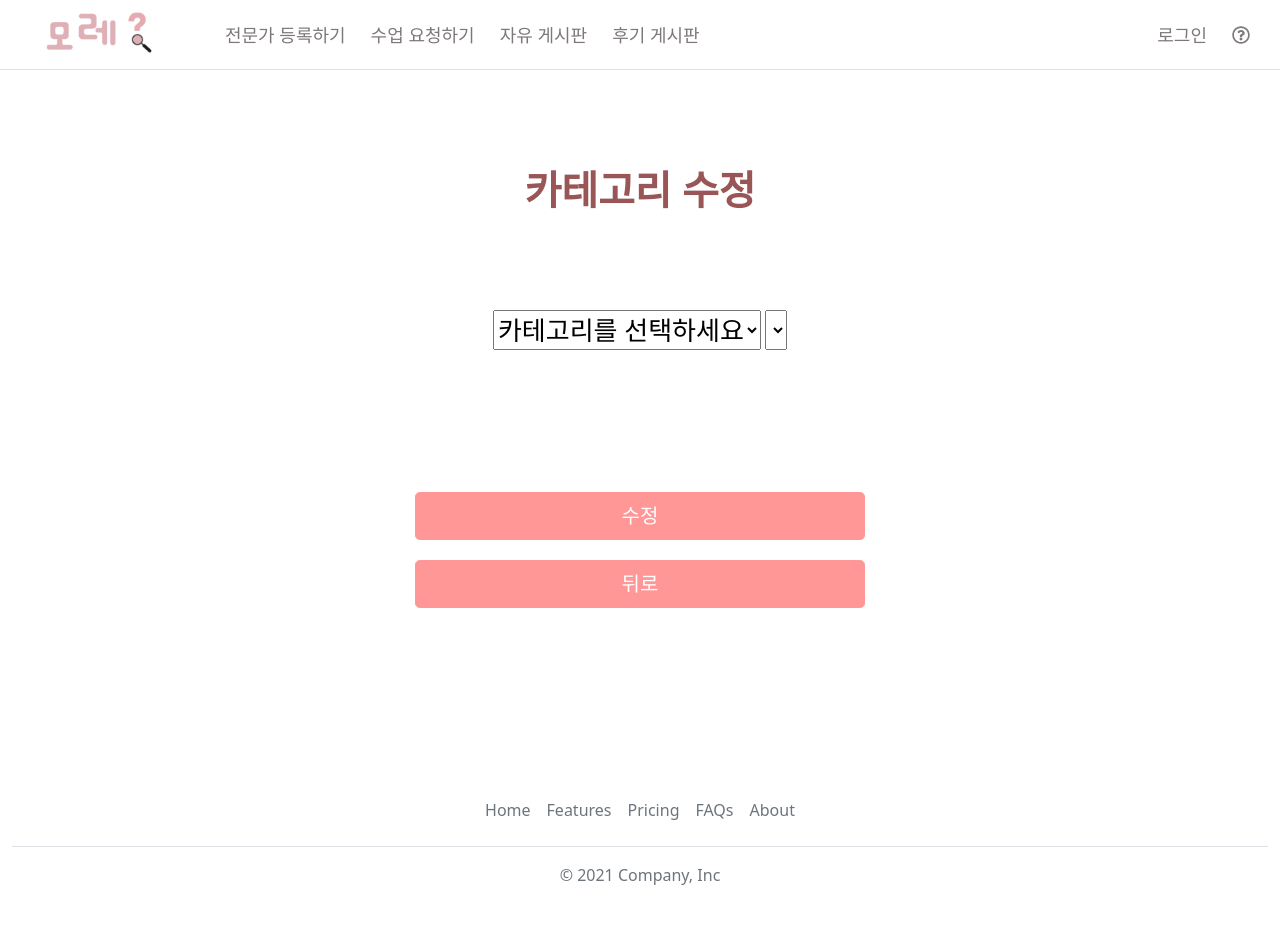
Repository: isssson/MVC2_more
Page: http://localhost/more/WEB-INF/views/expert/expertCateForm.jsp
These files come from the project's save history. The page is drawn as it stood at one moment and after the next save; the edit follows.
The browser window is 1280 px wide. The pictures show the whole page.
Some web libraries are served in a nearby version. The page is served by Tomcat 9. Nobody is signed in. The template is opened directly, without the code that normally fills it, so the values that code supplies are empty.

Above is the page before, as saved 2021-12-08 02:49:08.

After the next save:
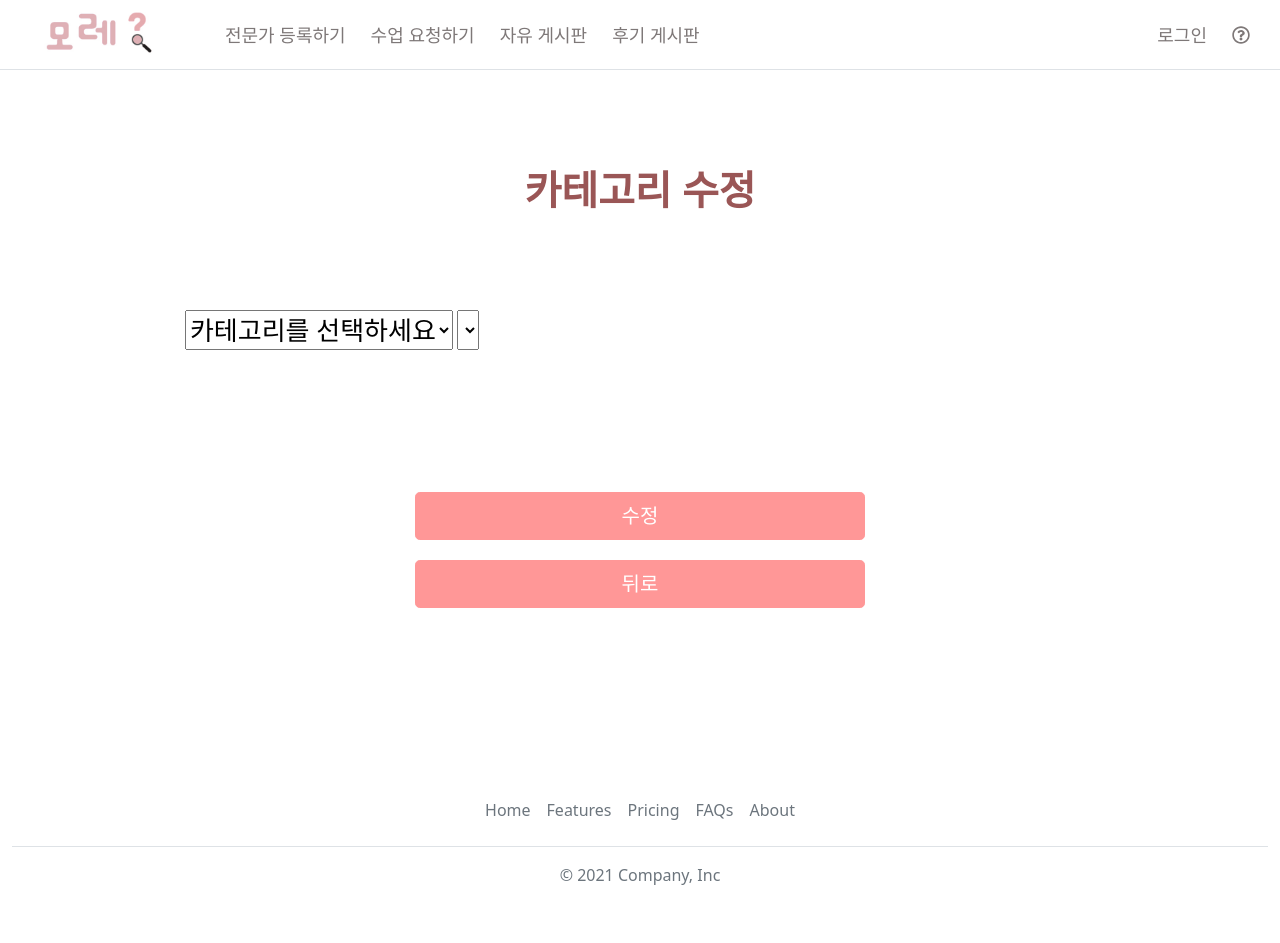
Saved 75 s later.
--- a/more/src/main/webapp/resources/css/expert/expertUpdate.css
+++ b/more/src/main/webapp/resources/css/expert/expertUpdate.css
@@ -30,7 +30,18 @@
 
 .content{
 	text-align:center;
+	     width: 500px;
+     margin-top: 50px;
 }
 select{
 	font-size:26px;
 }
+
+   .mb-2 input {
+     width: 450px;
+   }
+   .mb-2 textarea {
+     width: 450px;
+     height: 150px;
+     padding: 10px;
+   }

After the 3 saves that followed:
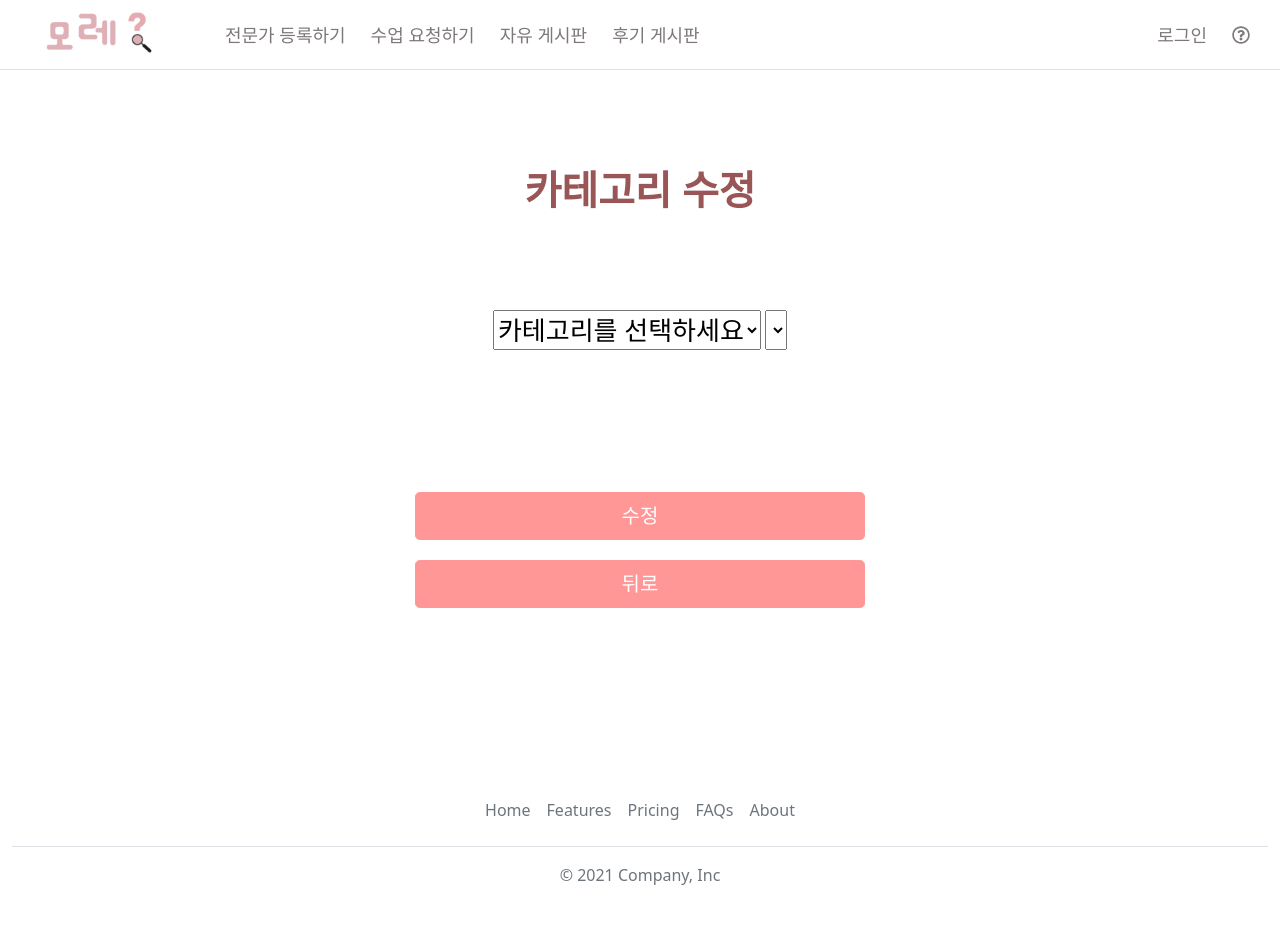
The 3 saves are shown as one change because 2 left the picture as it was.
The last was saved 8 min 21 s later.
--- a/more/src/main/webapp/resources/css/expert/expertUpdate.css
+++ b/more/src/main/webapp/resources/css/expert/expertUpdate.css
@@ -1,7 +1,6 @@
 @charset "UTF-8";
 
 h3 {
-    width: 500px;
     height: 80px;
     line-height: 80px;
     font-size: 40px;
@@ -30,18 +29,8 @@
 
 .content{
 	text-align:center;
-	     width: 500px;
      margin-top: 50px;
 }
 select{
 	font-size:26px;
 }
-
-   .mb-2 input {
-     width: 450px;
-   }
-   .mb-2 textarea {
-     width: 450px;
-     height: 150px;
-     padding: 10px;
-   }
